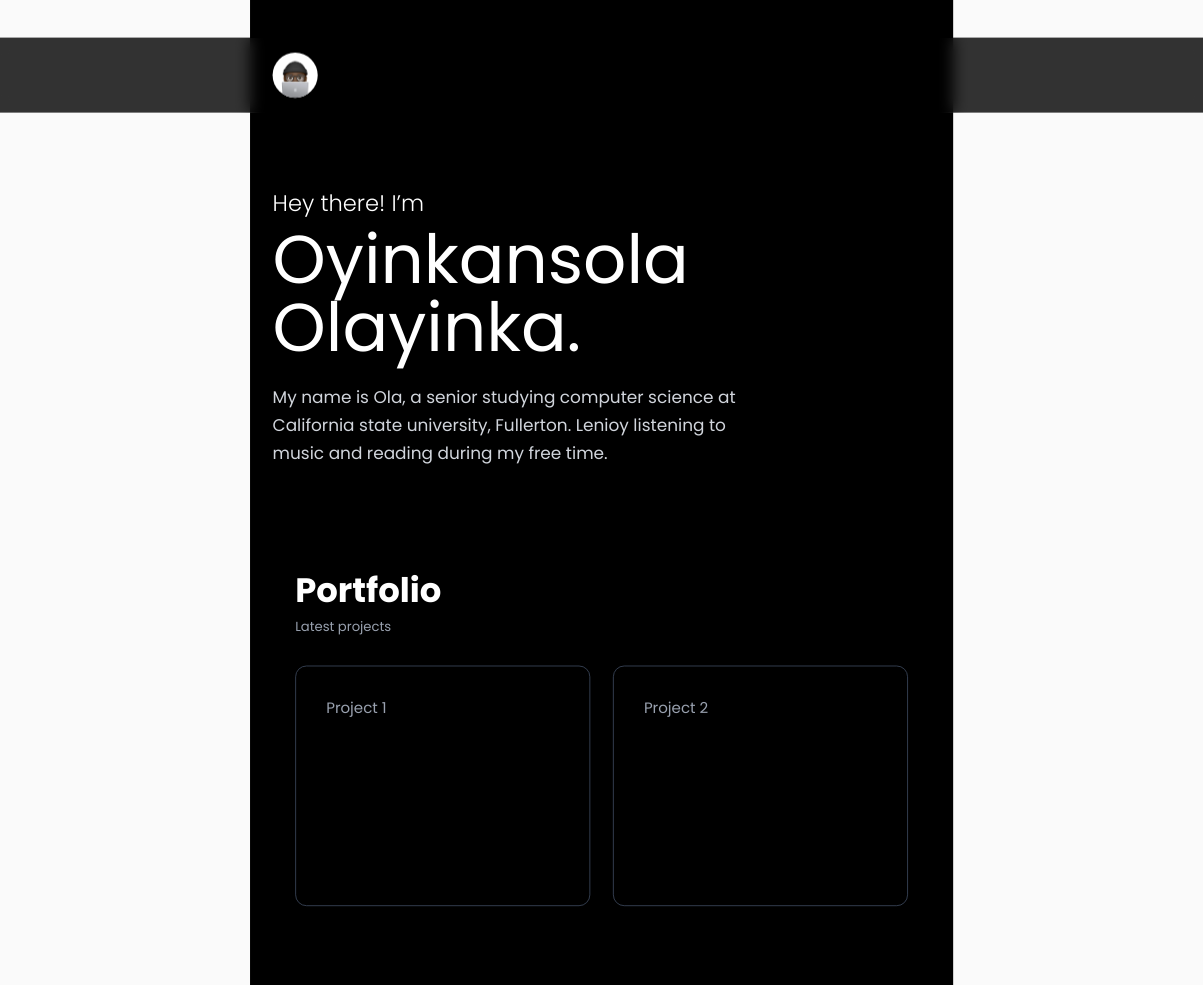
Repository: olasores/olasores-portfolio
Page: /
The author's editor kept a copy of each file at every save. The page is drawn from the files as they stood at one save, then again after the next save.
The browser window is 1280 px wide. The pictures show the whole page, at 94% of full size.
The project was rebuilt for these pictures with package versions that can differ from the ones it lists, and the page was loaded fresh each time. The framework's server and built-in components were replaced by stand-ins that run in the browser. Also part of the build but not shown: next.config.ts.

Above is the page before, as saved 2025-11-11 12:54:51.

After the next save:
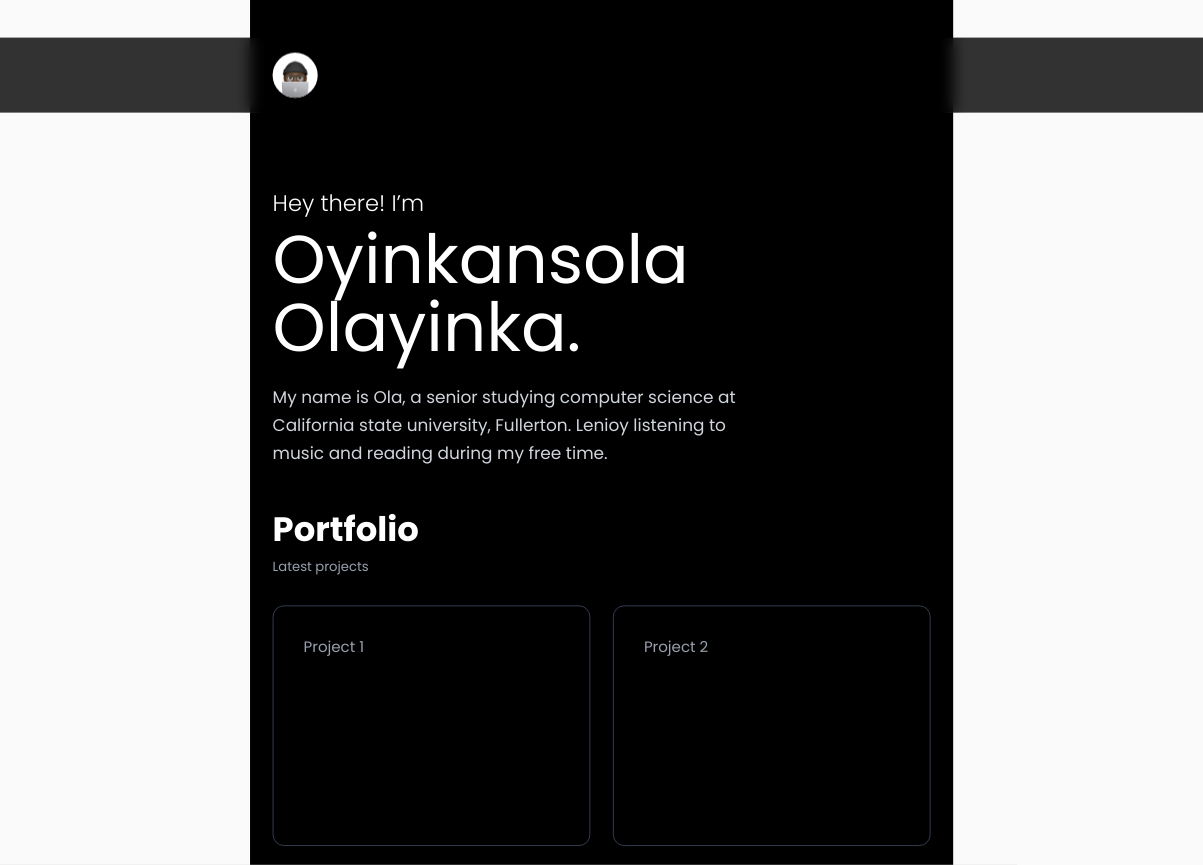
Saved 17 s later.
--- a/app/components/Portfolio.tsx
+++ b/app/components/Portfolio.tsx
@@ -1,6 +1,6 @@
 export default function Portfolio() {
     return (
-        <div className="flex justify-center bg-black font-sans dark:bg-black px-6 py-16">
+        <div className="flex justify-center bg-black font-sans dark:bg-black">
             <div className="max-w-[700px] w-full flex flex-col gap-8">
                 {/* Section Title */}
                 <div>
